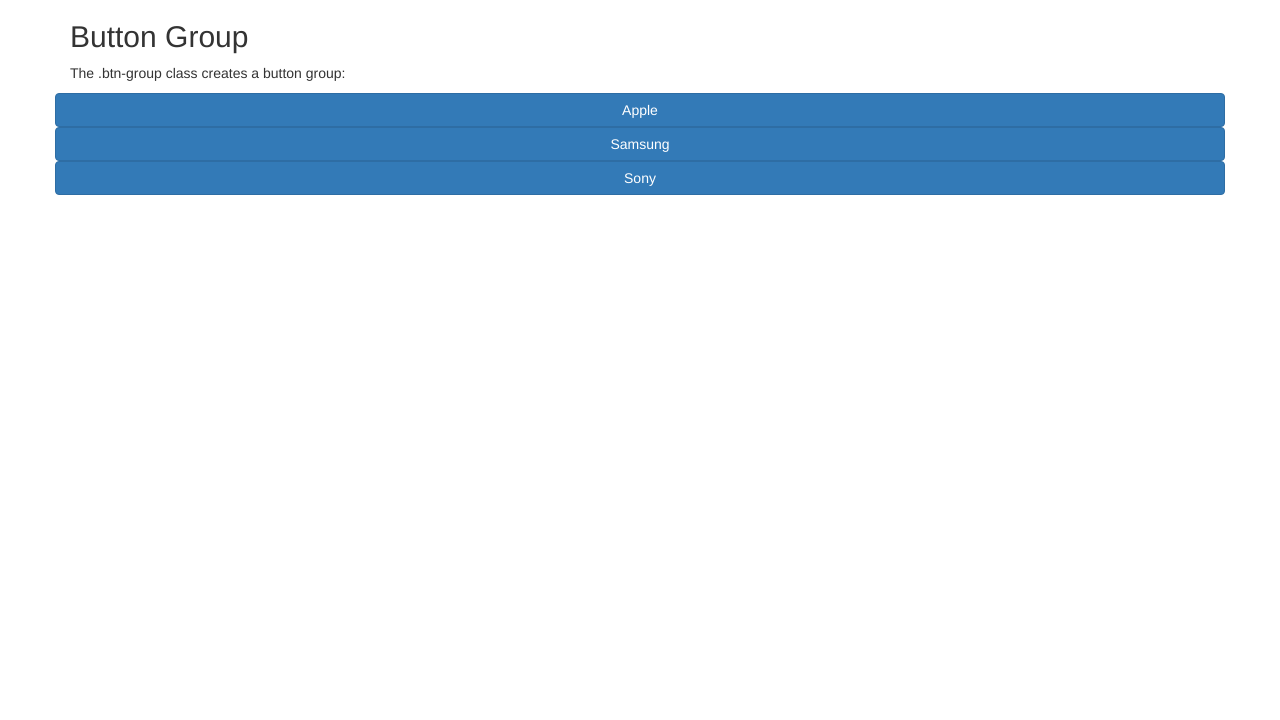
Repository: rsusolutions/RSU-Website
Page: quiz/index2.html
The author's editor kept a copy of each file at every save. The page is drawn from the files as they stood at one save, then again after the next save.
The browser window is 1280 px wide. The pictures show the whole page.

Above is the page before, as saved 2020-04-21 13:34:35.

### quiz/index2.html
<!DOCTYPE html>
<html lang="en">
<head>
  <title>Bootstrap Example</title>
  <meta charset="utf-8">
  <meta name="viewport" content="width=device-width, initial-scale=1">
  <link rel="stylesheet" href="https://maxcdn.bootstrapcdn.com/bootstrap/3.4.1/css/bootstrap.min.css">
  <script src="https://ajax.googleapis.com/ajax/libs/jquery/3.4.1/jquery.min.js"></script>
  <script src="https://maxcdn.bootstrapcdn.com/bootstrap/3.4.1/js/bootstrap.min.js"></script>
</head>
<style>
    .btn-group {
  position: absolute;
  right: 15px;
  bottom: 15px;
}
</style>
<body>

<div class="container">
  <h2>Button Group</h2>
  <p>The .btn-group class creates a button group:</p>
  <div class="row">
    <div class="col-sm">
      <button type="button "  class="btn btn-primary btn-block col col-md-4">Apple</button>
    </div>
    <div class="col-sm">
      <button type="button"  class="btn btn-primary btn-block col col-md-4">Samsung</button>
    </div>
    <div class="col-sm">
      <button type="button"  class="btn btn-primary btn-block col col-md-4">Sony</button>
    </div>
  </div>

  <div class="  row">



  </div>
</div>

</body>
</html>

After the next save:
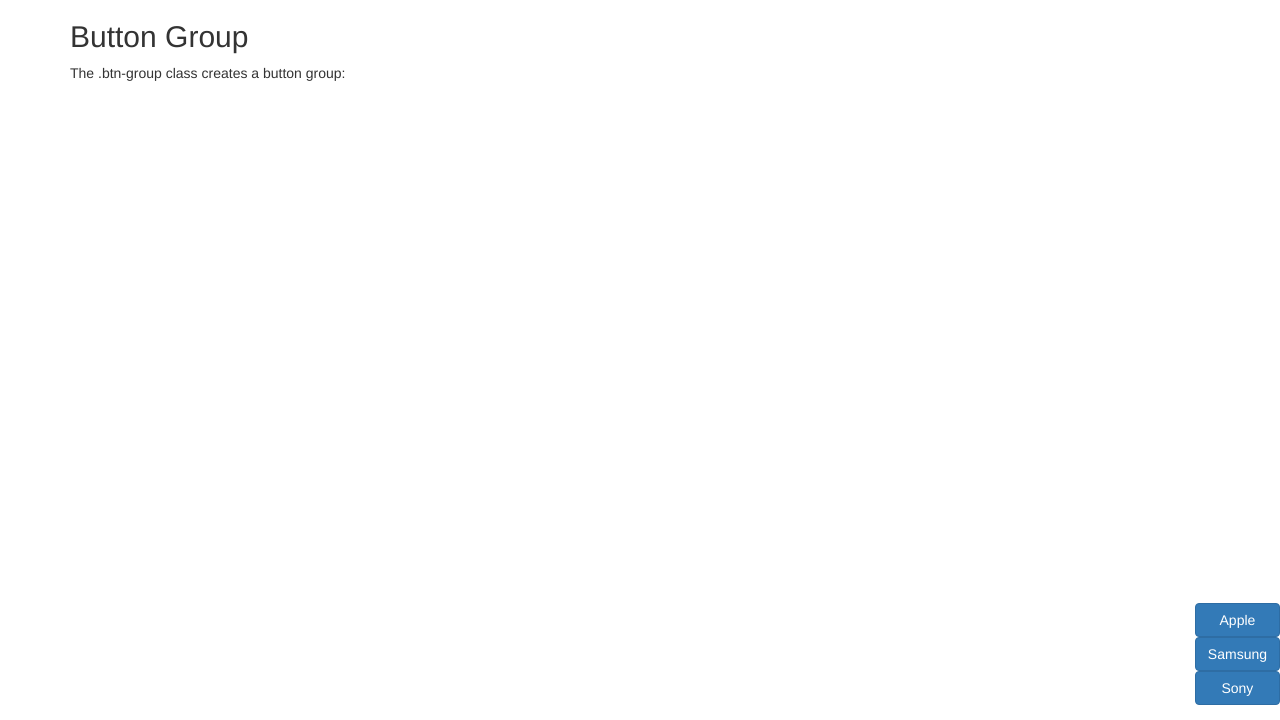
Saved 9 s later.
--- a/quiz/index2.html
+++ b/quiz/index2.html
@@ -9,7 +9,7 @@
   <script src="https://maxcdn.bootstrapcdn.com/bootstrap/3.4.1/js/bootstrap.min.js"></script>
 </head>
 <style>
-    .btn-group {
+    .row {
   position: absolute;
   right: 15px;
   bottom: 15px;
@@ -32,11 +32,7 @@
     </div>
   </div>
 
-  <div class="  row">
 
-
-
-  </div>
 </div>
 
 </body>
